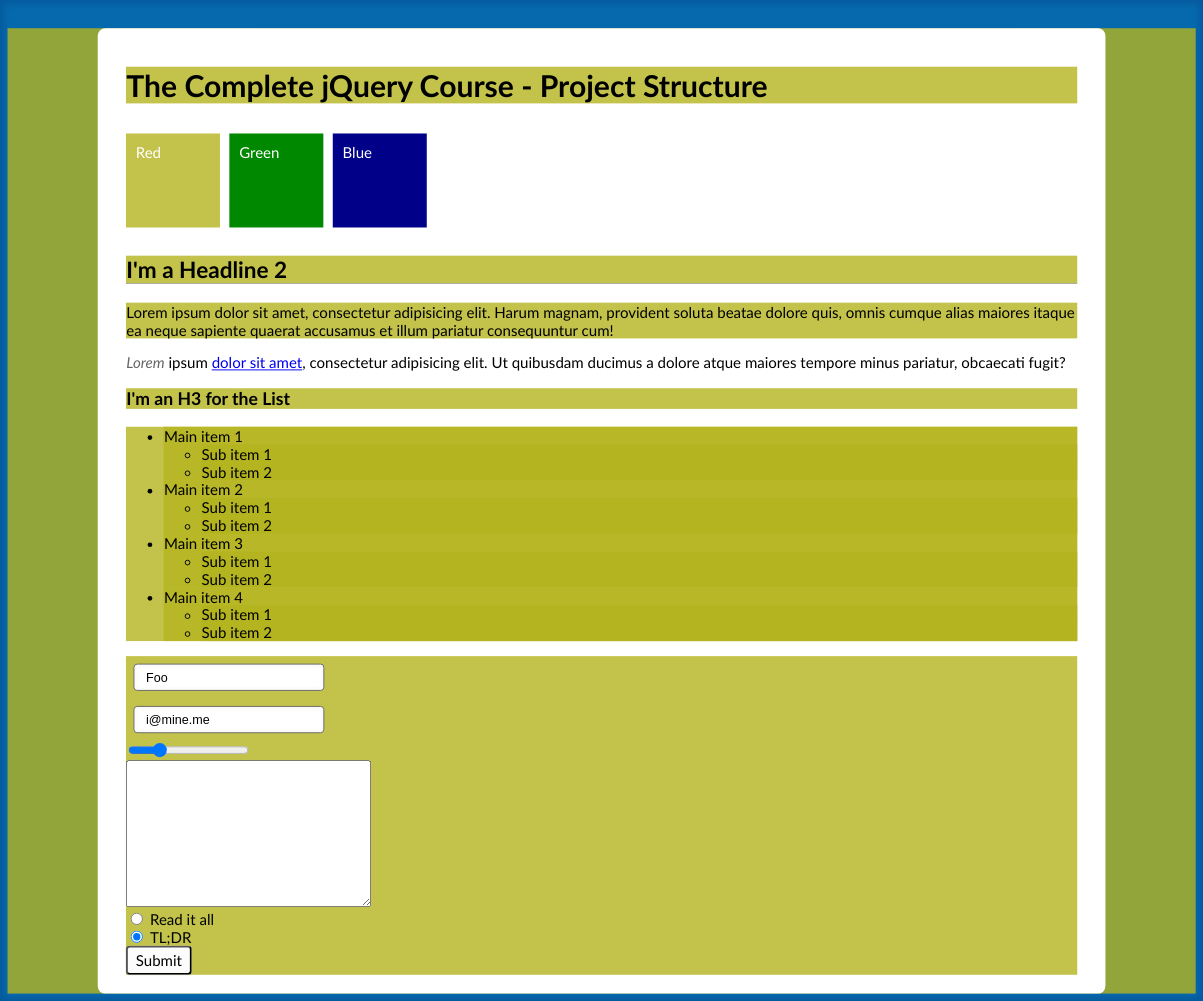
Repository: vpriyankaprabhu/Jquery-examples
Page: 05/changing-element-content/index.html
An editor plug-in stored every save of this project. The page is shown before and after the next save, followed by the edit.
The browser window is 1280 px wide. The pictures show the whole page, at 94% of full size.

Above is the page before, as saved 2024-12-30 13:29:49.

### 05/changing-element-content/index.html
<!DOCTYPE html>
<html lang="en">
<head>
  <meta charset="UTF-8">
  <script src="https://code.jquery.com/jquery-1.12.3.min.js" integrity="sha256-aaODHAgvwQW1bFOGXMeX+pC4PZIPsvn2h1sArYOhgXQ=" crossorigin="anonymous"></script>
  <script src="js/script.js"></script>
  <link rel="stylesheet" href="css/style.css">
  <title>The Complete jQuery Course - Course Code</title>
</head>
<body>
  <div id="content">
    <h1>The Complete jQuery Course - Project Structure</h1>

    <div class="red-box">Red</div>
    <div class="green-box">Green</div>
    <div class="blue-box">Blue</div>
    <div class="clear"></div>

    <h2>I'm a Headline 2</h2>
    <p data-mydata="Data coming from HTML attribute">Lorem ipsum dolor sit amet, consectetur adipisicing elit. Harum magnam, provident soluta beatae dolore quis, omnis cumque alias maiores itaque ea neque sapiente quaerat accusamus et illum pariatur consequuntur cum!</p>
    <p><span class="emphasize">Lorem</span> ipsum <a id="link" title="An amazing link" href="/url">dolor sit amet</a>, consectetur adipisicing elit. Ut quibusdam ducimus a dolore atque maiores tempore minus pariatur, obcaecati fugit?</p>

    <h3>I'm an H3 for the List</h3>
    <!-- An unordered list with ID "list" -->
    <ul id="list">
      <li>Main item 1
        <ul>
          <li>Sub item 1</li>
          <li>Sub item 2</li>
        </ul></li>
      <li>Main item 2
        <ul>
          <li>Sub item 1</li>
          <li>Sub item 2</li>
        </ul></li>
      <li>Main item 3
        <ul>
          <li>Sub item 1</li>
          <li>Sub item 2</li>
        </ul></li>
      <li>Main item 4
        <ul>
          <li>Sub item 1</li>
          <li>Sub item 2</li>
        </ul></li>
    </ul>

    <!-- A form element without class or ID  -->
    <form action="">
      <input type="text" value="Foo"><br>
      <input type="email" value="i@mine.me"><br>
      <input type="range" min="1" max="10" value="3"><br>
      <textarea name="message" id="message" cols="30" rows="10"></textarea><br>
      <input type="radio" name="toc" value="read" id="read"> <label for="read">Read it all</label> <br>
      <input type="radio" name="toc" value="tldr" checked> <label for="tldr">TL;DR</label> <br>
      <input type="submit" value="Submit">
    </form>
</body>
</html>

### 05/changing-element-content/js/script.js
$(function () {

  // NOTE: Some of the selectors below overlap. To see the exact effect of one
  // of them, please comment out all others.

  // Select the #list and find all <li> tags it contains
  // This contains even indirect children further down in the hierarchy
  var items = $("#list").find("li");
  highlight(items);

  // Select the #list and find only <li> that are *direct* children
  // Note that this will still produce a yellow background around the whole list
  // because the direct children <li> have enough height to contain their children
  // var children = $("#list").children("li");
  // highlight(children);

  // Search for even non-direct parents
  var body = $("#list").parents("body");
  highlight(body);

  // Select the (unique) direct parent of an element
  var content = $("#list").parent();
  // highlight(content);

  // Search through siblings on the same level in the HTML hierarchy
  var siblingHeadlines = $("#list").siblings(":header");
  highlight(siblingHeadlines);

  // Select the previous sibling of a selected element
  var previous = $("#list").prev();
  highlight(previous);

  // Select the next sibling of a selected element
  var next = $("#list").next();
  highlight(next);

  var headerNextElements = $(":header").next();
  highlight(headerNextElements);

  var passwordInputElements = $("input[type=password]");
  highlight(passwordInputElements);

});

// Helper function which highlights the given element with yellow background
function highlight(element) {
  element.css("background-color", "rgba(180, 180, 30, 0.8)");
}

### 05/changing-element-content/css/style.css
.lightbox {
  position: absolute;
  top: 0;
  left: 0;
  display: none;
  width: 30%;
  height: 60%;
  padding: 15% 35% 25% 35%;
  color: #000000;
  background-color: rgba(200, 100, 0, 0.9);
  text-align: center;
  text-shadow: #333 0 1px 0; }

.red-box {
  float: left;
  width: 80px;
  height: 80px;
  margin: 10px 10px 10px 0;
  padding: 10px;
  color: #ffffff;
  background-color: #880000; }

.green-box {
  float: left;
  width: 80px;
  height: 80px;
  margin: 10px 10px 10px 0;
  padding: 10px;
  color: #ffffff;
  background-color: #008800; }

.blue-box {
  float: left;
  width: 80px;
  height: 80px;
  margin: 10px 10px 10px 0;
  padding: 10px;
  color: #ffffff;
  background-color: #000088; }

.large {
  font-size: 125%;
}

.emphasize {
  color: #666;
  font-style: italic;
}

fieldset {
  border-radius: 4px;
  -moz-border-radius: 4px;
  -webkit-border-radius: 4px; }

label {
  display: inline-block;
  min-width: 100px; }

input[type="text"], input[type="email"], input[type="password"], input[type="tel"] {
  margin: 8px;
  padding: 6px 12px;
  outline: none;
  border: 1px solid #666;
  border-radius: 4px;
  box-shadow: inset 0 0 3px 3px #fafafa; }

input[type="submit"] {
  font-family: "Trebuchet MS", Verdana, Arial, sans-serif;
  font-size: 16px;
  padding: 4px 8px;
  background-color: #fcfcfc;
  box-shadow: 0 0 1px 0 #aaa;
  -webkit-border-radius: 4px;
  -moz-border-radius: 4px;
  border-radius: 4px; }
  input[type="submit"]:hover {
    background-color: #f4f4f4;
    box-shadow: 0 0 1px 0 #ccc; }

html {
  min-height: 100%;
  background-color: #0769ad;
  box-shadow: 0 0 8px 4px #06599d inset; }

body {
  font-size: 16px;
  font-family: "Trebuchet MS", Verdana, Arial, sans-serif; }

.clear {
  clear: both; }

#content {
  overflow: auto;
  width: 80%;
  background-color: #fff;
  margin: 30px auto 0 auto;
  padding: 20px 30px;
  border-radius: 8px;
  -moz-border-radius: 8px;
  -webkit-border-radius: 8px; }

h1 {
  color: #000; }

h2 {
  border-bottom: 1px solid #aaa; }

#dashboard {
  position: absolute;
  width: 120px;
  height: 60%;
  left: -140px;
  top: 100px;
  padding: 20px;
  border-radius: 0 6px 6px 0;
  box-shadow: 0 0 3px 3px #f0f0f0;
  background-color: #999; }

.fancy-link {
  display: inline-block;
  text-decoration: none;
  color: #111199; }

.fancy-link:after {
  display: block;
  content: '';
  border-bottom: solid 1px #22a;
  transform: scaleX(0.0001);
  transition: transform 250ms ease-in-out; }

.fancy-link:hover:after {
  transform: scaleX(1); }

/*# sourceMappingURL=style.css.map */

After the next save:
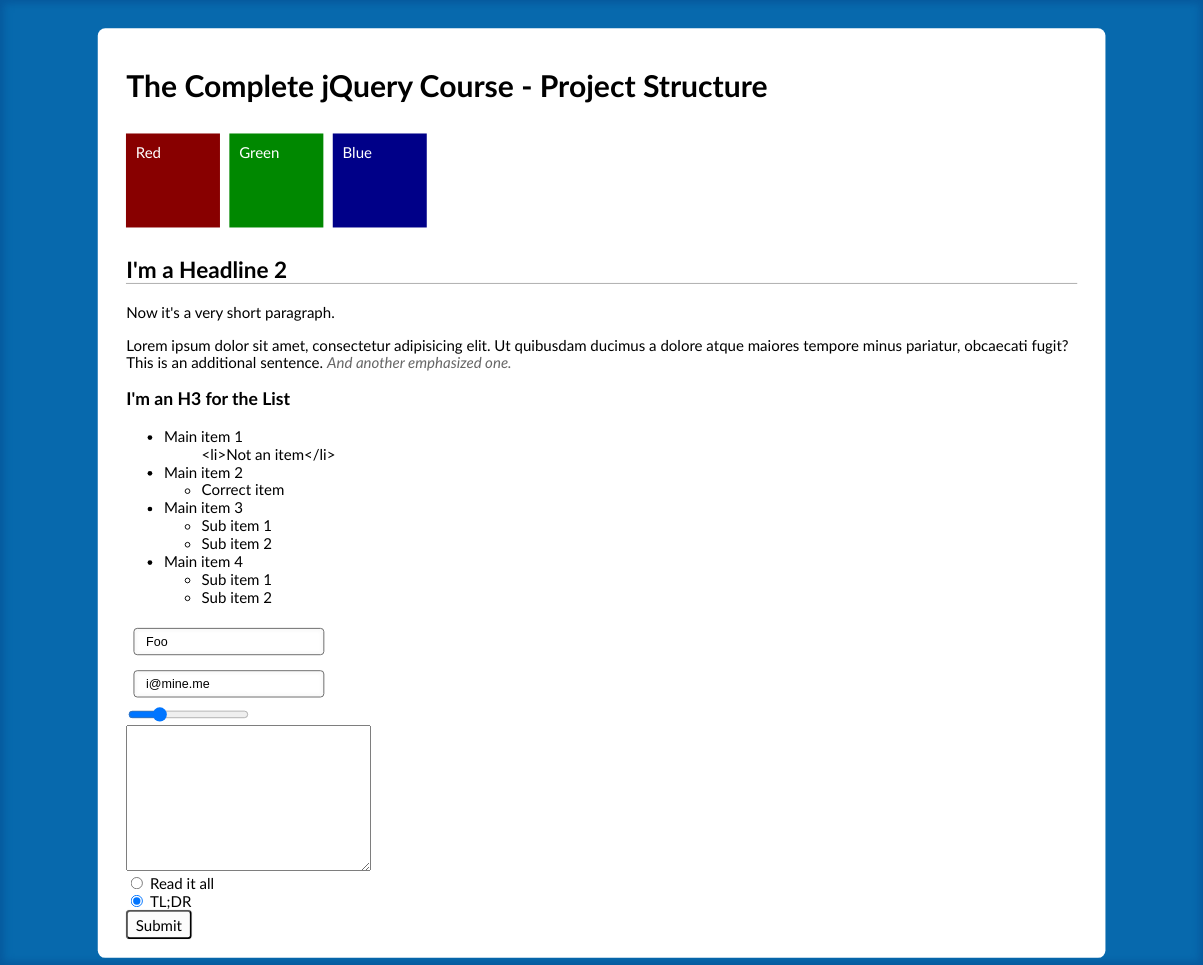
Saved 16 s later.
--- a/05/changing-element-content/js/script.js
+++ b/05/changing-element-content/js/script.js
@@ -1,48 +1,29 @@
 $(function () {
 
-  // NOTE: Some of the selectors below overlap. To see the exact effect of one
-  // of them, please comment out all others.
+  // 1) Pure text content: text()
 
-  // Select the #list and find all <li> tags it contains
-  // This contains even indirect children further down in the hierarchy
-  var items = $("#list").find("li");
-  highlight(items);
+  // To read or change the textual content of an element, you use text().
+  var p = $("p:first");
+  console.log(p.text());  // Lorem ipsum...
 
-  // Select the #list and find only <li> that are *direct* children
-  // Note that this will still produce a yellow background around the whole list
-  // because the direct children <li> have enough height to contain their children
-  // var children = $("#list").children("li");
-  // highlight(children);
+  p.text("Now it's a very short paragraph.");
+  console.log(p.text());  // Now it's a very short paragraph.
 
-  // Search for even non-direct parents
-  var body = $("#list").parents("body");
-  highlight(body);
+  // 2) HTML content: html()
 
-  // Select the (unique) direct parent of an element
-  var content = $("#list").parent();
-  // highlight(content);
+  // In contrast to text(), html() allows you to retrieve the content of an
+  // element including the HTML code of its content/children.
+  var p2 = $("p").eq(1);  // Second <p> tag
+  console.log(p2.text());  // Lorem ipsum...
+  console.log(p2.html());  // <span>Lorem</span> ipsum ...
 
-  // Search through siblings on the same level in the HTML hierarchy
-  var siblingHeadlines = $("#list").siblings(":header");
-  highlight(siblingHeadlines);
+  // Similarly, you can set the HTML content of an element with html()
+  // whereas text() would escape the HTML code to make it show as text.
+  $("li ul").eq(0).text("<li>Not an item</li>");
+  $("li ul").eq(1).html("<li>Correct item</li>");
 
-  // Select the previous sibling of a selected element
-  var previous = $("#list").prev();
-  highlight(previous);
-
-  // Select the next sibling of a selected element
-  var next = $("#list").next();
-  highlight(next);
-
-  var headerNextElements = $(":header").next();
-  highlight(headerNextElements);
-
-  var passwordInputElements = $("input[type=password]");
-  highlight(passwordInputElements);
+  // You can use this in a way that appends content to an element.
+  p2.text(p2.text() + " This is an additional sentence.");
+  p2.html(p2.html() + " <span class='emphasize'>And another emphasized one.</span>");
 
 });
-
-// Helper function which highlights the given element with yellow background
-function highlight(element) {
-  element.css("background-color", "rgba(180, 180, 30, 0.8)");
-}
